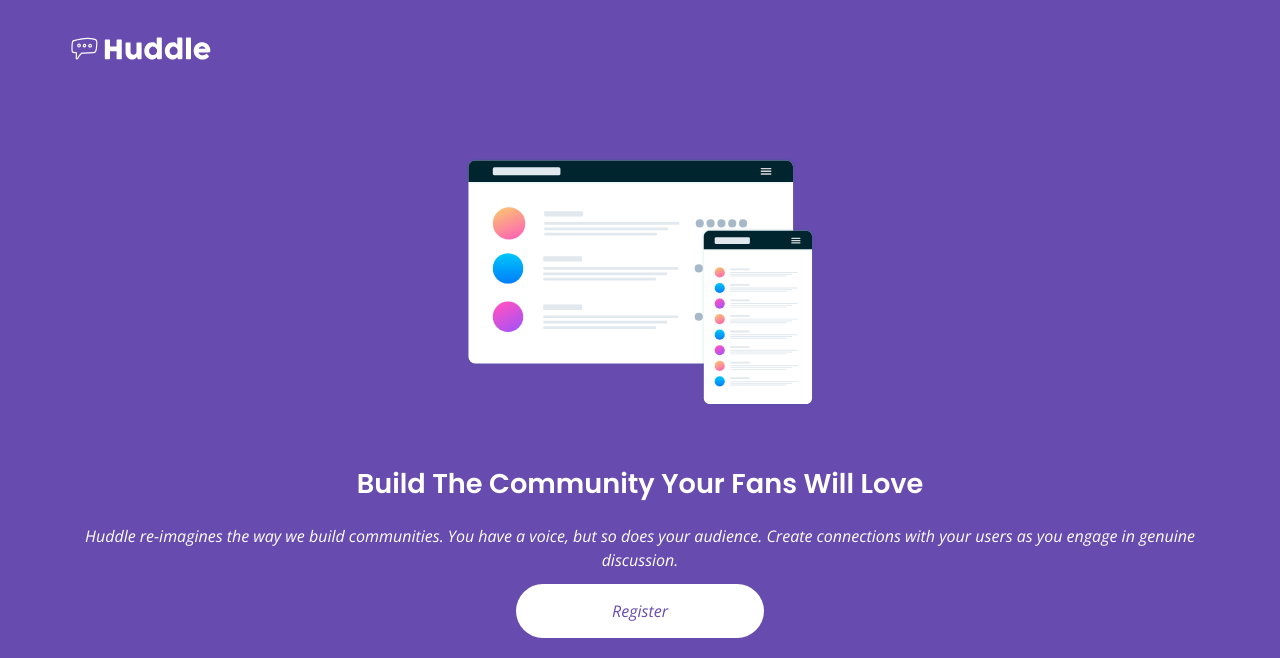
Repository: ivanvqz/huddle-landing-page
Page: index.html
The author's editor kept a copy of each file at every save. The page is drawn from the files as they stood at one save, then again after a run of saves.
The browser window is 1280 px wide. The pictures show the part of the page from y = 0 to 658 px (the page is 1043 px tall).
A picture or video elsewhere on the page could not be fetched, so the positions and the page height are approximate.

Above is the page before, as saved 2022-10-19 22:47:40.

After the next 2 saves:
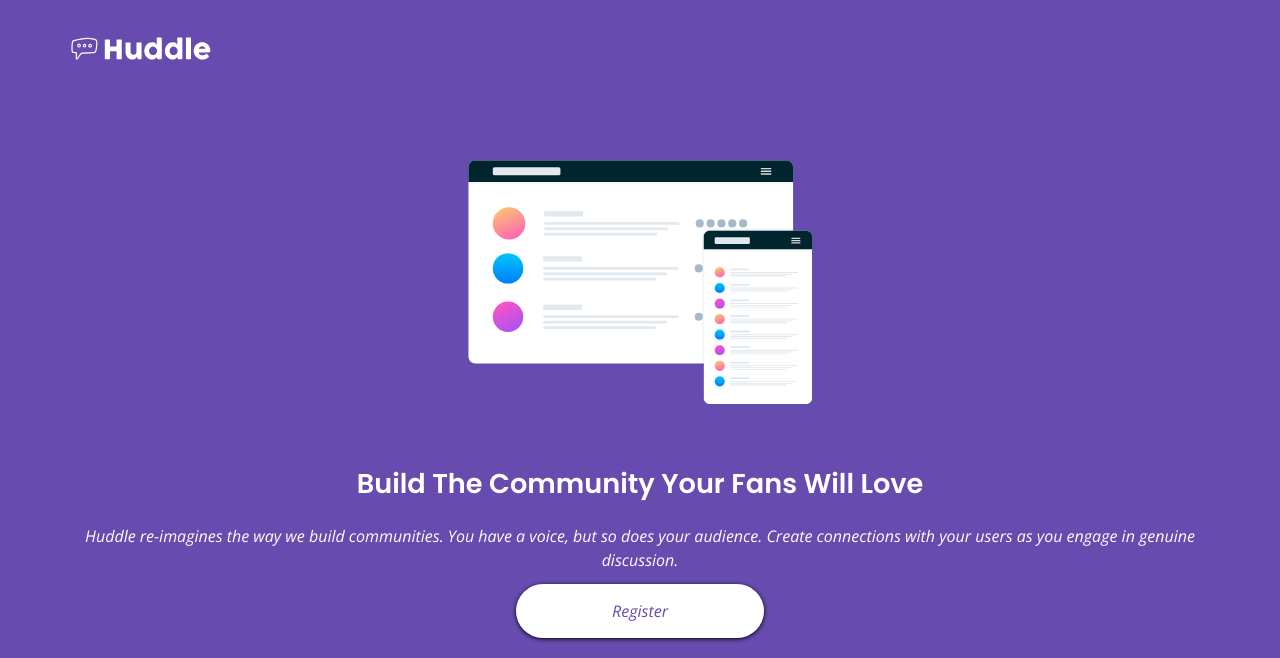
The 2 saves are shown as one change because they came seconds apart.
The last was saved 11 s later.
--- a/css/style.css
+++ b/css/style.css
@@ -75,5 +75,5 @@
     text-decoration: none;
     padding: 1em 6em;
     border-radius: 2em;
-    box-shadow: 0 1px 4px rgb(red, green, blue);
+    box-shadow: 0 1px 4px rgb(0, 0, 0);
 }

After the save that followed:
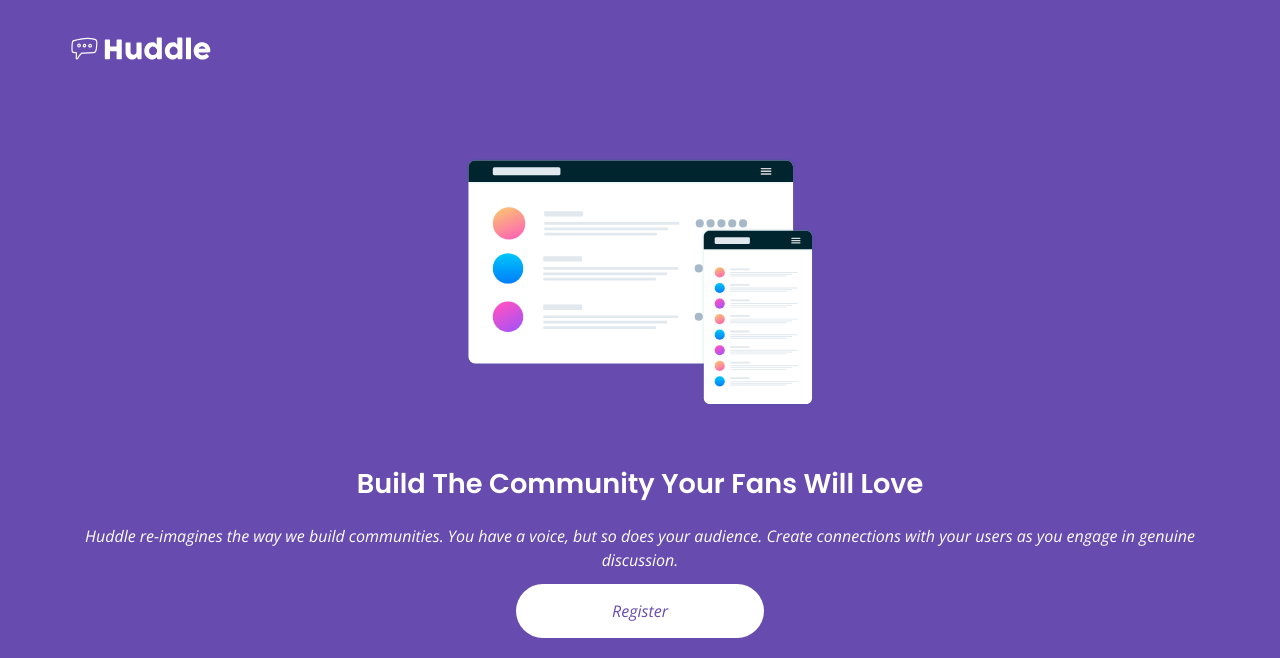
Saved 5 s later.
--- a/css/style.css
+++ b/css/style.css
@@ -75,5 +75,5 @@
     text-decoration: none;
     padding: 1em 6em;
     border-radius: 2em;
-    box-shadow: 0 1px 4px rgb(0, 0, 0);
+    box-shadow: 0 1px 4px rgb(0, 0, 0, );
 }
